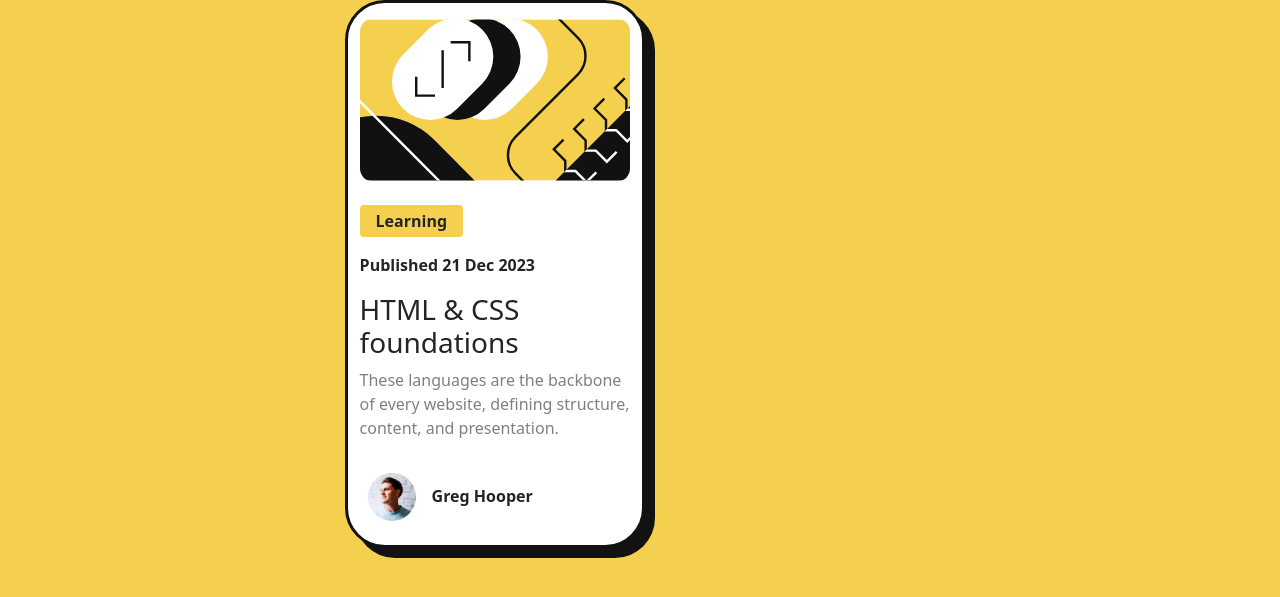
Repository: blordeus/blog-preview-card
Page: index.html
The author's editor kept a copy of each file at every save. The page is drawn from the files as they stood at one save, then again after a run of saves.
The browser window is 1280 px wide. The pictures show the whole page.
The style sheet was rebuilt from its Sass, Less or Tailwind sources for each picture, by a compiler version that may differ from the author's.

Above is the page before, as saved 2024-02-10 11:42:07.

After the next 2 saves:
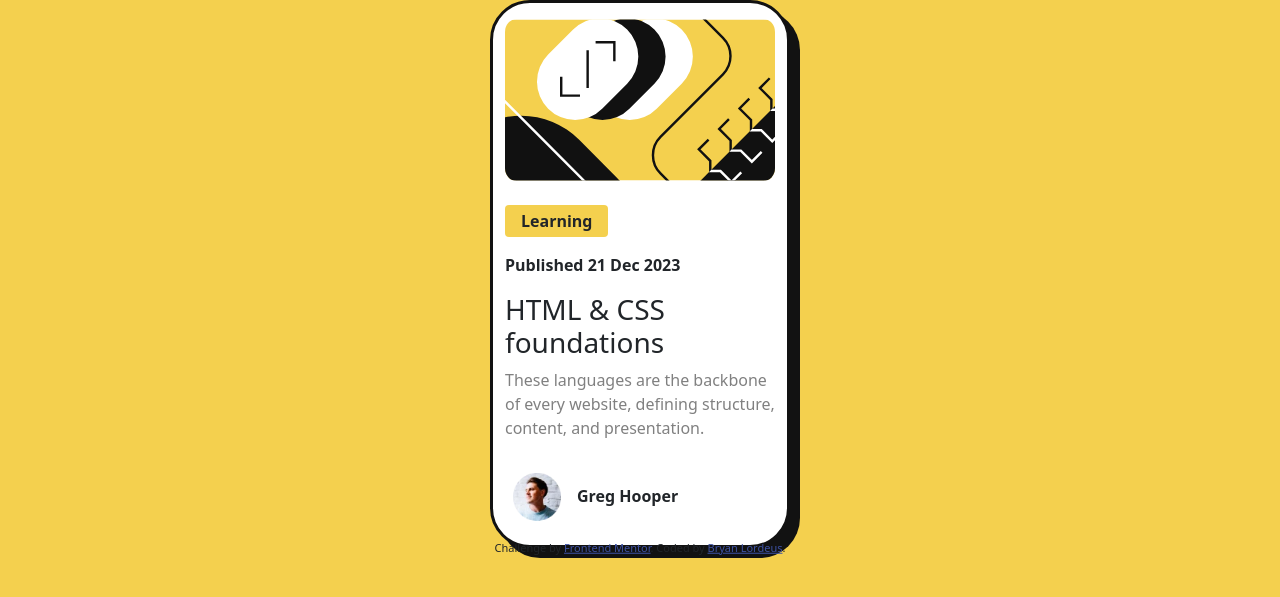
The 2 saves are shown as one change because they came seconds apart.
The last was saved 15 s later.
--- a/index.html
+++ b/index.html
@@ -10,7 +10,7 @@
   <title>Frontend Mentor | Blog preview card</title>
 
 </head>
-<body class="yellow-bg container d-flex align-content-center">
+<body class="yellow-bg container">
 <main class=" white-bg black-shadow row justify-content-center align-items-center mx-auto py-3">
       <img class="img-header rounded-edges" src="assets\images\illustration-article.svg" alt="header image">
       <div class="mt-4">
